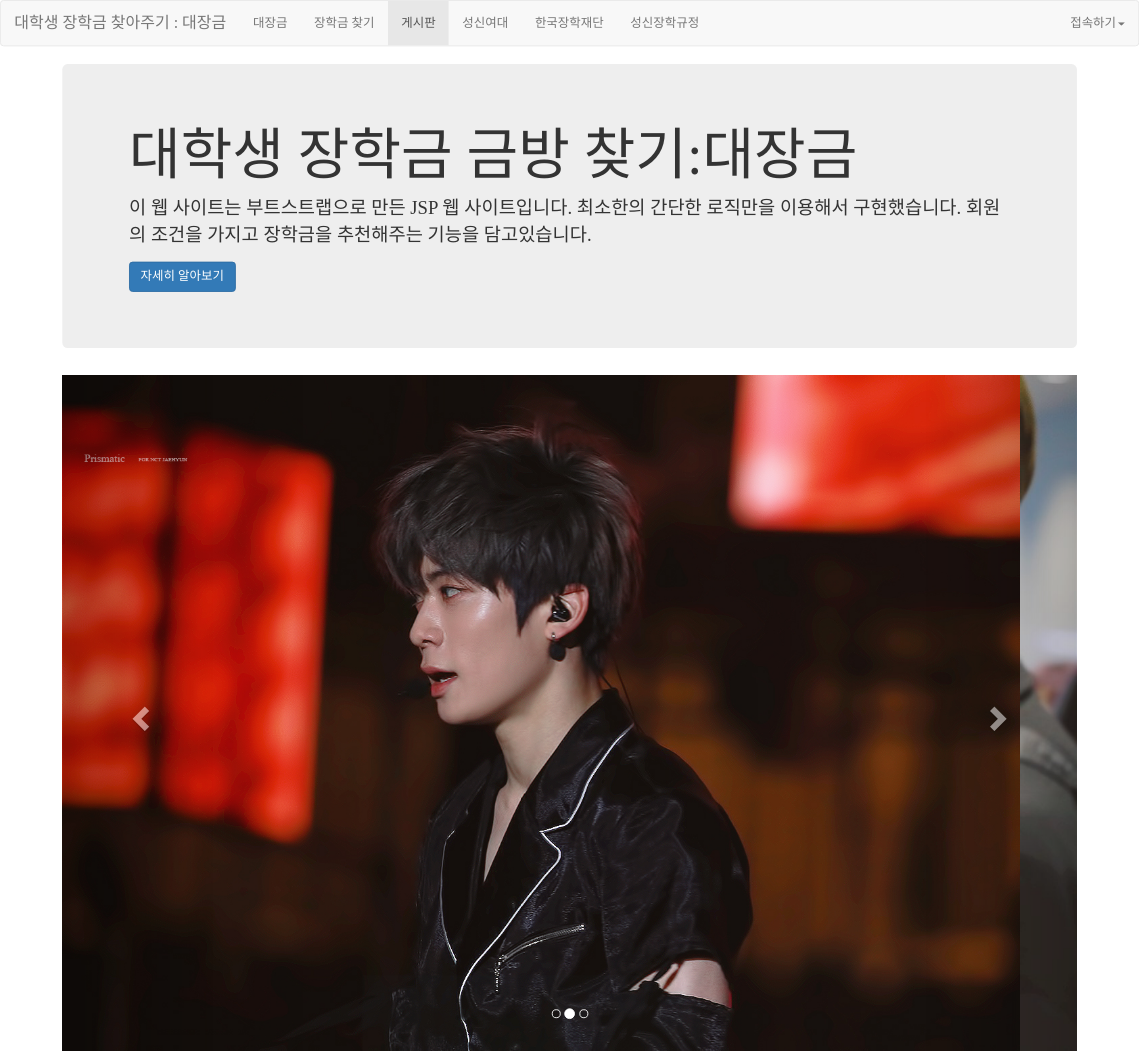
Repository: jiwon-214/DJG
Page: http://localhost/DJG/write.jsp
An editor plug-in stored every save of this project. The page is shown before and after the next save, followed by the edit.
The browser window is 1280 px wide. The pictures show the whole page, at 89% of full size.
Some web fonts or font styles are not loaded; a fallback is used. Some web libraries are served in a nearby version. The page is served by Tomcat 9. Other server files are loaded and not shown.

Above is the page before, as saved 2022-01-20 14:26:10.

### DJG/WebContent/write.jsp
<%@ page language="java" contentType="text/html; charset=UTF-8"
    pageEncoding="UTF-8"%>
 <%@ page import="java.io.PrintWriter" %>
<!DOCTYPE html>
<html>
<head>
<meta charset="UTF-8">
<meta name = "viewport" content = "width=divice-width", initial-scale = "1">
<link rel = "stylesheet" href = "css/bootstrap.css">
<link rel = "stylesheet" href = "css/custom.css">
<title>대장금</title>
</head>
<body>
	<%
		//로그인 된 사람 정보 담을 수 있도록
		String userID = null;
		if (session.getAttribute("userID") != null) {
			userID = (String) session.getAttribute("userID");
		} //로그인되면 userID에 해당 이이디가 담기고 로그인 안되면 null

	%>
	<nav class ="navbar navbar-default">
		<div class = "navbar-header">
			<button type = "button" class = "navbar-toggle collapsed"
				data-toggle = "collapse" data-target = "#bs-example-navbar-collapse-1"
				aria-expanded="false">
				<span class = "icon-bar"></span>
				<span class = "icon-bar"></span>
				<span class = "icon-bar"></span>
			</button>
			<a class="navbar-brand" href = "main.jsp">대학생 장학금 찾아주기 : 대장금</a>
		</div>
		<div class="collapse navbar-collapse" id="bs-example-navbar-collapse-1">
			<ul class = "nav navbar-nav">
				<li><a href="main.jsp">대장금</a></li>
				<li><a href="djg.jsp">장학금 찾기</a></li>
				<li class="active"><a href="board.jsp">게시판</a></li>
				<li><a href="https://portal.sungshin.ac.kr/sso/login.jsp">성신여대</a></li>
				<li><a href="http://www.kosaf.go.kr/">한국장학재단</a></li>
				<li><a href="https://rule.sungshin.ac.kr/service/law/lawView.do?seq=95&historySeq=0&gubun=cur&tree=part">성신장학규정</a></li>
			</ul>
			<%
				//로그인이 되어있지 않은 사람들의 화면
				if(userID == null) {
			%>
				<ul class="nav navbar-nav navbar-right">
				<li class="dropdown">
					<a href="#" class="dropdown-toggle"
						data-toggle="dropdown" role="button" aria-haspopup="true"
						aria-expanded="false">접속하기<span class="caret"></span></a>
					<ul class="dropdown-menu">
						<li><a href = "login.jsp">로그인 </a></li>
						<li><a href="join.jsp">회원가입</a></li>
					</ul>
				</li>
			</ul>
			<%
				} else { //로그인 되어있는 사람들의 화면
			%>
				<ul class="nav navbar-nav navbar-right">
				<li class="dropdown">
					<a href="#" class="dropdown-toggle"
						data-toggle="dropdown" role="button" aria-haspopup="true"
						aria-expanded="false">회원관리<span class="caret"></span></a>
					<ul class="dropdown-menu">
						<li><a href = "modification.jsp">정보수정</a></li>
						<li><a href = "info.jsp">정보 확인</a></li>
						<li><a href = "logoutAction.jsp">로그아웃</a></li>
						<li><a href = "withdraw.jsp">탈퇴하기</a></li>
					</ul>
				</li>
			</ul>
			<%
				}
			%>

		</div>
	</nav>
	<div class="container">
		<div class="jumbotron">
			<div class="container">
				<h1>대학생 장학금 금방 찾기:대장금</h1>
				<p>이 웹 사이트는 부트스트랩으로 만든 JSP 웹 사이트입니다. 최소한의 간단한 로직만을 이용해서 구현했습니다. 회원의 조건을 가지고 장학금을 추천해주는 기능을 담고있습니다.</p>
				<p><a class="btn btn-primary btn-pull" href="#" role="button">자세히 알아보기</a></p>
			</div>
		</div>
	</div>
	<div class="container">
	<%--사진첩 같은 개념--%>
		<div id = "myCarousel" class="carousel slide" data-ride="carousel">
			<ol class="carousel-indicators">
				<li data-target="#myCarousel" data-slide-to="0" class="active"></li>
				<li data-target="#myCarousel" data-slide-to="1"></li>
				<li data-target="#myCarousel" data-slide-to="2"></li>
			</ol>
			<%-- 실질적인 사진을 넣어줌 --%>
			<div class="carousel-inner">
				<div class="item active">
					<img src="images/3.jpg">
				</div>
				<div class="item">
					<img src="images/4.jpg">
				</div>
				<div class="item">
					<img src="images/5.jpg">
				</div>
			</div>
			<%--사진을 넘길 수 있도록 --%>
			<a class="left carousel-control" href="#myCarousel" data-slide="prev">
				<span class="glyphicon glyphicon-chevron-left"></span>
			</a>
			<a class="right carousel-control" href="#myCarousel" data-slide="next">
				<span class="glyphicon glyphicon-chevron-right"></span>
			</a>
		</div>
	</div>
	<script src = "https://code.jquery.com/jquery-3.1.1.min.js"></script>
	<script src = "js/bootstrap.js"></script>
</body>
</html>

### DJG/WebContent/css/custom.css
@import url(http://fonts.googleapis.com/earlyaccess/nanumgothic.css);
@import url(http://fonts.googleapis.com/earlyaccess/hanna.css);
* {
	font-family : 'Nanum Gothic';
}
h1 {
	font-famaily : 'Hanna';
}

Loaded but not shown: DJG/WebContent/css/bootstrap.css (library); DJG/WebContent/js/bootstrap.js (library)

After the next save:
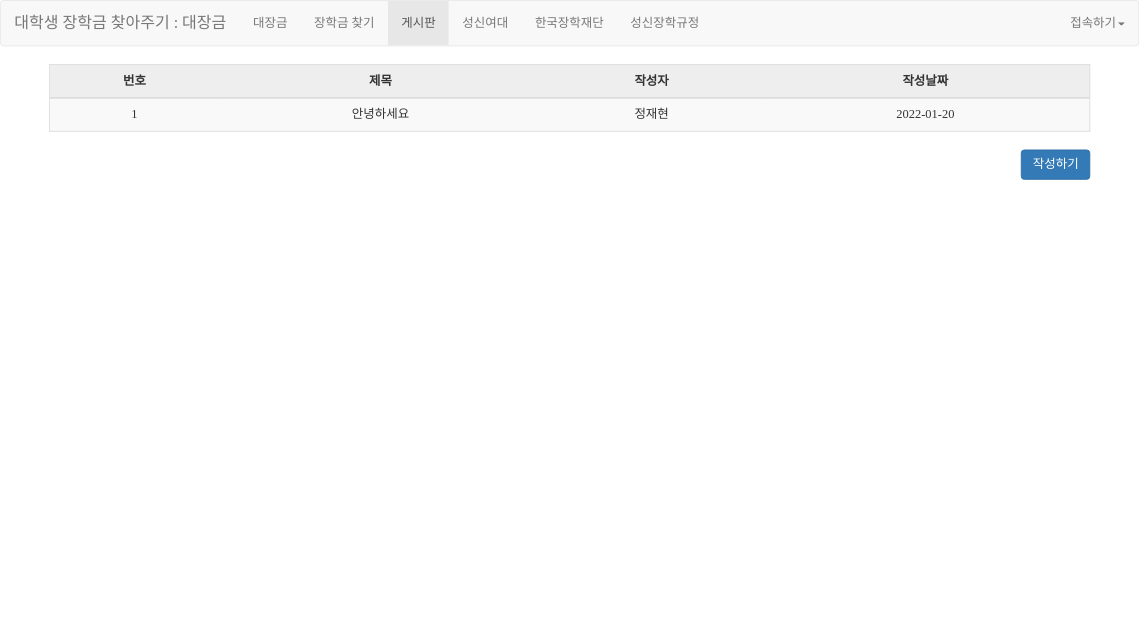
Saved 6 min 19 s later.
--- a/DJG/WebContent/write.jsp
+++ b/DJG/WebContent/write.jsp
@@ -77,41 +77,26 @@
 		</div>
 	</nav>
 	<div class="container">
-		<div class="jumbotron">
-			<div class="container">
-				<h1>대학생 장학금 금방 찾기:대장금</h1>
-				<p>이 웹 사이트는 부트스트랩으로 만든 JSP 웹 사이트입니다. 최소한의 간단한 로직만을 이용해서 구현했습니다. 회원의 조건을 가지고 장학금을 추천해주는 기능을 담고있습니다.</p>
-				<p><a class="btn btn-primary btn-pull" href="#" role="button">자세히 알아보기</a></p>
-			</div>
-		</div>
-	</div>
-	<div class="container">
-	<%--사진첩 같은 개념--%>
-		<div id = "myCarousel" class="carousel slide" data-ride="carousel">
-			<ol class="carousel-indicators">
-				<li data-target="#myCarousel" data-slide-to="0" class="active"></li>
-				<li data-target="#myCarousel" data-slide-to="1"></li>
-				<li data-target="#myCarousel" data-slide-to="2"></li>
-			</ol>
-			<%-- 실질적인 사진을 넣어줌 --%>
-			<div class="carousel-inner">
-				<div class="item active">
-					<img src="images/3.jpg">
-				</div>
-				<div class="item">
-					<img src="images/4.jpg">
-				</div>
-				<div class="item">
-					<img src="images/5.jpg">
-				</div>
-			</div>
-			<%--사진을 넘길 수 있도록 --%>
-			<a class="left carousel-control" href="#myCarousel" data-slide="prev">
-				<span class="glyphicon glyphicon-chevron-left"></span>
-			</a>
-			<a class="right carousel-control" href="#myCarousel" data-slide="next">
-				<span class="glyphicon glyphicon-chevron-right"></span>
-			</a>
+		<div class="row">
+			<table class="table table-striped" style="text-align: center; border: 1px solid #dddddd">
+			<thead>
+				<tr>
+					<th style="background-color: #eeeeee; text-align: center;">번호</th>
+					<th style="background-color: #eeeeee; text-align: center;">제목</th>
+					<th style="background-color: #eeeeee; text-align: center;">작성자</th>
+					<th style="background-color: #eeeeee; text-align: center;">작성날짜</th>
+				</tr>
+			</thead>
+			<tbody>
+				<tr>
+					<td>1</td>
+					<td>안녕하세요</td>
+					<td>정재현</td>
+					<td>2022-01-20</td>
+				</tr>
+			</tbody>
+			</table>
+			<a href="write.jsp" class="btn btn-primary pull-right">작성하기</a>
 		</div>
 	</div>
 	<script src = "https://code.jquery.com/jquery-3.1.1.min.js"></script>
